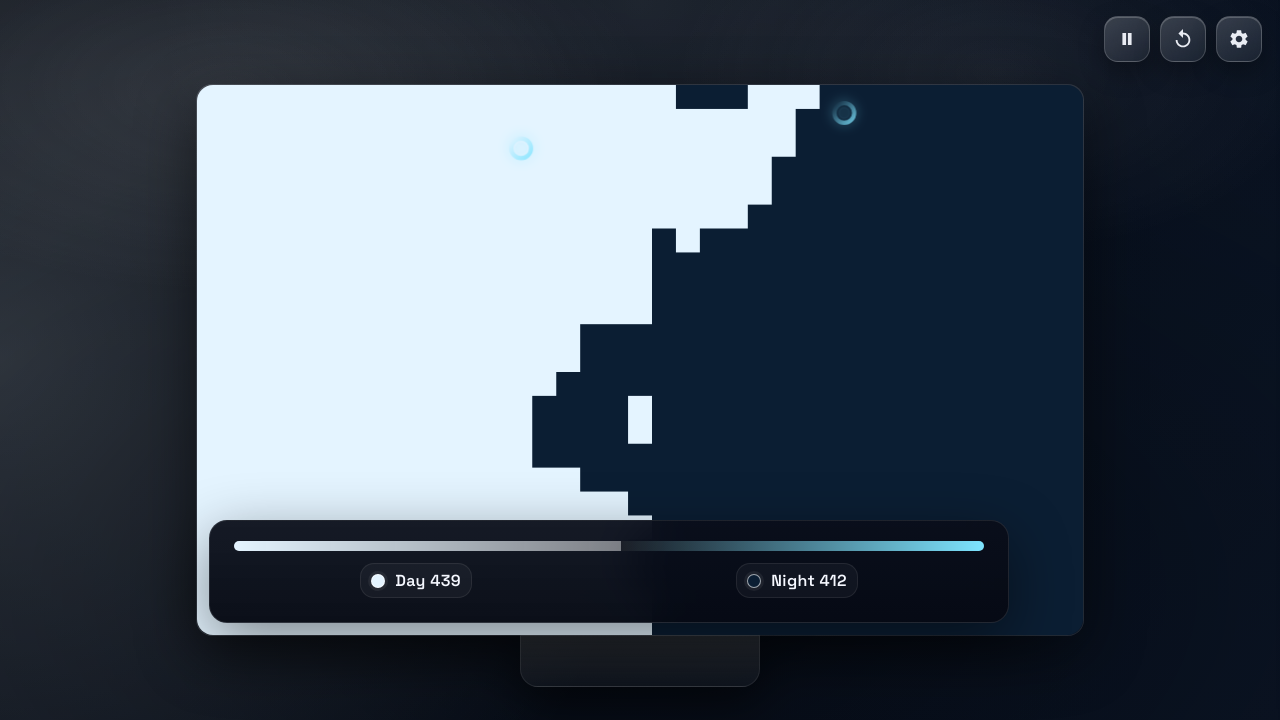
Repository: trevor050/pong
Page: index.html
These files come from the project's save history. The page is drawn as it stood at one moment and after the next save; the edit follows.
The browser window is 1280 px wide. The pictures show the whole page.

Above is the page before, as saved 2025-12-07 00:16:47.

### index.html
<!DOCTYPE html>
<html lang="en">
<head>
  <meta charset="UTF-8">
  <meta name="viewport" content="width=device-width, initial-scale=1.0">
  <title>Day / Nite Drift</title>
  <meta name="description" content="A calmer Pong Wars loop made for second screens.">
  <meta name="theme-color" content="#0b3a67">
  <meta name="mobile-web-app-capable" content="yes">
  <meta name="apple-mobile-web-app-capable" content="yes">
  <link rel="preconnect" href="https://fonts.googleapis.com">
  <link rel="preconnect" href="https://fonts.gstatic.com" crossorigin>
  <link href="https://fonts.googleapis.com/css2?family=Space+Grotesk:wght@400;500;600&family=Manrope:wght@400;600&display=swap" rel="stylesheet">
  <link rel="stylesheet" href="styles.css">
</head>
<body>
  <div class="bg"></div>
  <div class="chrome-controls" id="chromeControls">
    <button id="playPauseBtn" class="glass-icon" data-state="playing" aria-label="Pause" title="Pause">
      <svg class="icon-svg icon-play" viewBox="0 0 24 24" aria-hidden="true"><path d="M7 5.5v13l11-6.5L7 5.5Z" /></svg>
      <svg class="icon-svg icon-pause" viewBox="0 0 24 24" aria-hidden="true"><path d="M7 5.5h4v13H7zm6 0h4v13h-4z" /></svg>
    </button>
    <button id="resetBtn" class="glass-icon" aria-label="Reset simulation" title="Reset simulation">
      <svg class="icon-svg" viewBox="0 0 24 24" aria-hidden="true"><path d="M12 5V1L7 6l5 5V7c3.31 0 6 2.69 6 6s-2.69 6-6 6-6-2.69-6-6H4c0 4.42 3.58 8 8 8s8-3.58 8-8-3.58-8-8-8z"/></svg>
    </button>
    <button id="configBtn" class="glass-icon" aria-label="Open settings" title="Settings">
      <svg class="icon-svg" viewBox="0 0 24 24" aria-hidden="true"><path d="M19.14 12.94c.04-.3.06-.61.06-.94 0-.32-.02-.64-.07-.94l2.03-1.58a.49.49 0 0 0 .12-.61l-1.92-3.32a.488.488 0 0 0-.59-.22l-2.39.96c-.5-.38-1.03-.7-1.62-.94l-.36-2.54a.484.484 0 0 0-.48-.41h-3.84c-.24 0-.43.17-.47.41l-.36 2.54c-.59.24-1.13.57-1.62.94l-2.39-.96c-.22-.08-.47 0-.59.22L2.74 8.87c-.12.21-.08.47.12.61l2.03 1.58c-.05.3-.09.63-.09.94s.02.64.07.94l-2.03 1.58a.49.49 0 0 0-.12.61l1.92 3.32c.12.22.37.29.59.22l2.39-.96c.5.38 1.03.7 1.62.94l.36 2.54c.05.24.24.41.48.41h3.84c.24 0 .44-.17.47-.41l.36-2.54c.59-.24 1.13-.56 1.62-.94l2.39.96c.22.08.47 0 .59-.22l1.92-3.32c.12-.22.07-.47-.12-.61l-2.01-1.58zM12 15.6c-1.98 0-3.6-1.62-3.6-3.6s1.62-3.6 3.6-3.6 3.6 1.62 3.6 3.6-1.62 3.6-3.6 3.6z"/></svg>
    </button>
  </div>
  <main class="shell">
    <div class="canvas-frame" id="canvasFrame">
      <canvas id="gameCanvas" width="720" height="720"></canvas>
      <button class="fullscreen-hint" id="fullscreenHint" title="Enter fullscreen" aria-label="Enter fullscreen">
        <span class="hint-icon">⤢</span> <span class="hint-text">Fullscreen</span> <span class="hint-dismiss">✕</span>
      </button>
      <div class="score-notch" id="scoreNotch">
        <div class="score-notch__bar">
          <div class="score-notch__day"></div>
          <div class="score-notch__night"></div>
        </div>
        <div class="score-notch__labels">
          <span class="score-pair">
            <span class="pill pill--day" aria-hidden="true"></span>
            <span class="score" id="dayScoreLabel">Day 0</span>
          </span>
          <span class="score-pair">
            <span class="pill pill--night" aria-hidden="true"></span>
            <span class="score" id="nightScoreLabel">Night 0</span>
          </span>
        </div>
      </div>
      <div class="drag-handle corner-handle corner-handle--tl" data-corner="tl"></div>
      <div class="drag-handle corner-handle corner-handle--tr" data-corner="tr"></div>
      <div class="drag-handle corner-handle corner-handle--bl" data-corner="bl"></div>
      <div class="drag-handle corner-handle corner-handle--br" data-corner="br"></div>
    </div>
  </main>

  <div class="drawer-overlay" id="drawerOverlay" aria-hidden="true"></div>
  <aside class="drawer" id="configPanel" aria-label="Settings">
    <div class="drawer__header">
      <div>
        <p class="eyebrow">Settings</p>
        <h2>Dial it in</h2>
      </div>
      <button id="closeConfig" class="icon-btn" aria-label="Close settings" title="Close">×</button>
    </div>

    <div class="drawer__quick">
      <button id="drawerPlayPause" class="chip">Pause</button>
      <button id="drawerReset" class="chip">Reset</button>
      <button id="drawerFullscreen" class="chip">Fullscreen</button>
    </div>

    <label class="field">
      <span>Preset</span>
      <select id="themeSelect"></select>
    </label>

    <div class="field grid">
      <label>
        <span>Day</span>
        <input type="color" id="dayColorInput" value="#e4f4ff">
      </label>
      <label>
        <span>Night</span>
        <input type="color" id="nightColorInput" value="#0b1e33">
      </label>
    </div>

    <div class="field slider-field" title="Tile size / density">
      <div>
        <span>Tile size</span>
        <small id="tileSizeValue">22px</small>
      </div>
      <input type="range" id="tileSizeInput" min="0" max="100" step="1" value="45">
    </div>

    <div class="field slider-field" title="Overall speed mood (lofi → push)">
      <div>
        <span>Speed mood</span>
        <small id="speedValue">1.00x</small>
      </div>
      <input type="range" id="speedInput" min="0" max="100" step="1" value="40">
    </div>

    <div class="field slider-field" title="Chaos / wobble: more randomness to motion">
      <div>
        <span>Chaos / wobble</span>
        <small id="chaosValue">0.14</small>
      </div>
      <input type="range" id="chaosInput" min="0" max="100" step="1" value="40">
    </div>

        <div class="field">
      <span>Ball style</span>
      <select id="ballStyleSelect">
        <option value="ring">Neon Ring</option>
        <option value="solid">Solid Fill</option>
        <option value="design">Cool Design</option>
        <option value="artsy">Artsy Ghost</option>
      </select>
    </div>

    <div class="drawer__actions">
      <button id="scatterBtn" class="chip">Scatter start</button>
      <button id="swapSidesBtn" class="chip">Swap sides</button>
    </div>
  </aside>

  <script src="script.js" defer></script>
</body>
</html>

### styles.css
:root {
  --day: #f7f2e9;
  --night: #0b3a67;
  --accent: #f08c42;
  --ink: #0c1224;
  --muted: #9aa3b2;
  --panel: rgba(8, 12, 22, 0.78);
  --frost: rgba(255, 255, 255, 0.08);
  --frost-strong: rgba(255, 255, 255, 0.12);
  --radius: 16px;
  --glow: 0 16px 44px rgba(0, 0, 0, 0.5);
}

*,
*::before,
*::after {
  box-sizing: border-box;
}

body {
  margin: 0;
  min-height: 100vh;
  font-family: "Space Grotesk", "Manrope", system-ui, -apple-system, sans-serif;
  background: radial-gradient(120% 120% at 12% 10%, #0c1526, #050911 55%, #03070f 100%);
  color: #e9edf5;
  overflow: hidden;
}

.bg {
  position: fixed;
  inset: 0;
  pointer-events: none;
  background: radial-gradient(80% 70% at 18% 12%, rgba(255, 255, 255, 0.12), transparent 42%),
    radial-gradient(70% 70% at 78% 10%, rgba(255, 255, 255, 0.08), transparent 38%),
    radial-gradient(120% 120% at 50% 82%, rgba(0, 0, 0, 0.45), transparent 78%);
  opacity: 0.8;
}

.chrome-controls {
  position: fixed;
  top: 16px;
  right: 18px;
  display: flex;
  gap: 10px;
  z-index: 10;
  align-items: center;
}

.chrome-controls::before {
  content: "";
  position: absolute;
  inset: -10px -18px -10px -28px;
  border-radius: 22px 0 22px 22px;
  background: linear-gradient(120deg, rgba(255, 255, 255, 0.07), rgba(255, 255, 255, 0.02));
  border: 1px solid rgba(255, 255, 255, 0.12);
  box-shadow: var(--glow);
  opacity: 0;
  transition: opacity 120ms ease, transform 120ms ease;
  transform: translateY(4px);
  pointer-events: none;
}

.chrome-controls.hidden {
  opacity: 0;
  pointer-events: none;
}

.is-immersive .chrome-controls {
  right: 0;
  top: 0;
  background: #1a1a1a; /* Dark background for the notch */
  border-bottom-left-radius: 16px;
  padding: 8px 12px 8px 16px;
  gap: 8px;
  box-shadow: -4px 4px 12px rgba(0,0,0,0.3);
}

.is-immersive .chrome-controls::before {
  display: none;
}

.is-immersive .glass-icon {
  width: 36px;
  height: 36px;
  border-radius: 10px;
  background: rgba(255,255,255,0.1);
  border: none;
  box-shadow: none;
}

.is-immersive .icon-svg {
  width: 18px;
  height: 18px;
}

.is-immersive .score-notch {
  position: fixed;
  left: 50%;
  transform: translateX(-50%);
  bottom: 24px;
  width: min(860px, 86vw);
  max-width: none;
  border-radius: 20px;
  box-shadow: none;
  background: transparent;
  border: none;
  backdrop-filter: none;
}

.is-immersive .score-notch__labels {
  display: none;
}

.is-immersive .score-notch__bar {
  height: 12px;
  background: rgba(255, 255, 255, 0.15);
}

.shell {
  display: grid;
  place-items: center;
  padding: 24px;
  height: 100vh;
}

.canvas-frame {
  position: relative;
  border-radius: var(--radius);
  background: linear-gradient(150deg, rgba(255, 255, 255, 0.06), rgba(255, 255, 255, 0.02));
  border: 1px solid rgba(255, 255, 255, 0.08);
  backdrop-filter: blur(10px) saturate(120%);
  box-shadow: 0 18px 60px rgba(0, 0, 0, 0.48), inset 0 1px 0 rgba(255, 255, 255, 0.05);
  overflow: visible;
  display: flex;
  align-items: center;
  justify-content: center;
  min-width: 420px;
  min-height: 420px;
  max-width: calc(100vw - 48px);
  max-height: calc(100vh - 48px);
  isolation: isolate;
}

.canvas-frame::after {
  content: "";
  position: absolute;
  left: 50%;
  transform: translateX(-50%);
  bottom: -52px;
  width: 240px;
  height: 52px;
  border-radius: 0 0 18px 18px;
  background: linear-gradient(180deg, rgba(255, 255, 255, 0.12), rgba(255, 255, 255, 0.04));
  border: 1px solid rgba(255, 255, 255, 0.08);
  box-shadow: var(--glow);
  filter: drop-shadow(0 14px 32px rgba(0, 0, 0, 0.3));
  pointer-events: none;
  z-index: 0;
}

canvas {
  width: 100%;
  height: 100%;
  display: block;
  image-rendering: crisp-edges;
  border-radius: var(--radius);
  position: relative;
  z-index: 1;
}

.score-notch {
  position: absolute;
  left: 50%;
  transform: translateX(-50%);
  bottom: -32px;
  width: 92%;
  max-width: 800px;
  background: linear-gradient(180deg, rgba(10, 14, 26, 0.95), rgba(6, 10, 20, 0.98));
  border: 1px solid rgba(255, 255, 255, 0.1);
  border-radius: 24px 24px 32px 32px;
  padding: 20px 24px 24px;
  box-shadow: 0 18px 60px rgba(0, 0, 0, 0.45);
  backdrop-filter: blur(20px) saturate(130%);
  z-index: 2;
}

.score-notch::before {
  content: "";
  position: absolute;
  top: -14px;
  left: 50%;
  transform: translateX(-50%);
  width: 60%;
  min-width: 300px;
  height: 16px;
  border-radius: 16px 16px 0 0;
  background: linear-gradient(180deg, rgba(255, 255, 255, 0.14), rgba(255, 255, 255, 0.06));
  border-left: 1px solid rgba(255, 255, 255, 0.14);
  border-right: 1px solid rgba(255, 255, 255, 0.14);
  box-shadow: 0 -6px 12px rgba(255, 255, 255, 0.04), 0 12px 28px rgba(0, 0, 0, 0.4);
}

.score-notch.overlay {
  left: 12px;
  right: 12px;
  transform: none;
  bottom: 12px;
  width: auto;
  border-radius: 18px;
}

.score-notch.overlay::before {
  display: none;
}

.is-immersive .canvas-frame::after {
  display: none;
}

.is-immersive .score-notch {
  position: fixed;
  left: 50%;
  transform: translateX(-50%);
  bottom: 24px;
  width: min(860px, 86vw);
  max-width: none;
  border-radius: 20px;
  box-shadow: 0 14px 48px rgba(0, 0, 0, 0.45);
}

.is-immersive .score-notch::before {
  display: none;
}

.is-immersive .score-notch.overlay {
  bottom: 16px;
}

/* Removed .is-immersive .score-notch__labels and .is-immersive .score-notch__bar overrides as they are handled above */

.score-notch__bar {
  position: relative;
  height: 10px;
  border-radius: 999px;
  overflow: hidden;
  background: rgba(255, 255, 255, 0.08);
  margin-bottom: 12px;
}

.score-notch__day,
.score-notch__night {
  position: absolute;
  top: 0;
  bottom: 0;
}

.score-notch__day {
  left: 0;
  background: linear-gradient(90deg, var(--day), rgba(255, 255, 255, 0.4));
}

.score-notch__night {
  right: 0;
  background: linear-gradient(90deg, rgba(0, 0, 0, 0.2), var(--accent));
}

.score-notch__labels {
  display: flex;
  justify-content: space-around;
  align-items: center;
  gap: 12px;
}

.score {
  font-weight: 600;
  letter-spacing: 0.35px;
  color: #f5f8ff;
}

.score-pair {
  display: inline-flex;
  align-items: center;
  gap: 10px;
  padding: 6px 10px;
  border-radius: 14px;
  background: rgba(255, 255, 255, 0.04);
  border: 1px solid rgba(255, 255, 255, 0.08);
}

.pill {
  width: 14px;
  height: 14px;
  border-radius: 50%;
  border: 1px solid rgba(255, 255, 255, 0.6);
  box-shadow: 0 0 0 3px rgba(255, 255, 255, 0.06);
}

.pill--day {
  background: var(--day);
}

.pill--night {
  background: var(--night);
}

.chip {
  border: 1px solid rgba(255, 255, 255, 0.15);
  background: rgba(255, 255, 255, 0.04);
  color: #f9fbff;
  padding: 10px 16px;
  border-radius: 999px;
  font-weight: 600;
  letter-spacing: 0.2px;
  cursor: pointer;
  box-shadow: 0 10px 24px rgba(0, 0, 0, 0.28);
  white-space: nowrap;
  display: flex;
  align-items: center;
  justify-content: center;
}

.chip--accent {
  background: var(--accent);
  color: #0d0f1a;
  border: none;
}

.glass-icon {
  width: 46px;
  height: 46px;
  border-radius: 14px;
  border: 1px solid rgba(255, 255, 255, 0.18);
  background: linear-gradient(150deg, rgba(255, 255, 255, 0.18), rgba(255, 255, 255, 0.06));
  color: #f6f8ff;
  box-shadow: 0 10px 26px rgba(0, 0, 0, 0.3), inset 0 1px 0 rgba(255, 255, 255, 0.2);
  backdrop-filter: blur(12px) saturate(120%);
  display: grid;
  place-items: center;
  cursor: pointer;
  transition: transform 120ms ease, box-shadow 120ms ease, border-color 120ms ease;
}

.glass-icon--accent {
  background: linear-gradient(150deg, rgba(240, 140, 66, 0.4), rgba(255, 255, 255, 0.08));
  border-color: rgba(240, 140, 66, 0.5);
  color: #0f0c11;
}

.glass-icon.is-active {
  box-shadow: 0 12px 30px rgba(0, 0, 0, 0.4);
  border-color: rgba(255, 255, 255, 0.3);
}

.glass-icon:hover {
  transform: translateY(-1px);
  box-shadow: 0 14px 30px rgba(0, 0, 0, 0.34);
}

.glass-icon:active {
  transform: translateY(0);
}

.icon-svg {
  width: 22px;
  height: 22px;
  fill: currentColor;
  opacity: 0.94;
}

#playPauseBtn[data-state="playing"] .icon-play {
  display: none;
}

#playPauseBtn[data-state="paused"] .icon-pause {
  display: none;
}

body.drawer-open #chromeControls {
  opacity: 0;
  pointer-events: none;
}

.drawer {
  position: fixed;
  top: 0;
  right: -360px;
  width: 320px;
  height: 100vh;
  padding: 18px 18px 22px;
  background: var(--panel);
  backdrop-filter: blur(14px) saturate(120%);
  border-left: 1px solid rgba(255, 255, 255, 0.08);
  box-shadow: -8px 0 30px rgba(0, 0, 0, 0.35);
  display: flex;
  flex-direction: column;
  gap: 12px;
  transition: right 0.18s ease-out;
  z-index: 9;
}

.drawer-overlay {
  position: fixed;
  inset: 0;
  background: rgba(0, 0, 0, 0.36);
  backdrop-filter: blur(4px);
  opacity: 0;
  pointer-events: none;
  transition: opacity 0.18s ease-out;
  z-index: 8;
}

.drawer-overlay.visible {
  opacity: 1;
  pointer-events: auto;
}

.drawer__quick {
  display: grid;
  grid-template-columns: repeat(3, minmax(0, 1fr));
  gap: 8px;
}

.drawer.open {
  right: 0;
}

.drawer__header {
  display: flex;
  justify-content: space-between;
  align-items: center;
  gap: 10px;
}

.eyebrow {
  text-transform: uppercase;
  letter-spacing: 1.2px;
  font-size: 11px;
  color: var(--muted);
  margin: 0 0 4px;
}

h2 {
  margin: 0;
  font-weight: 600;
  letter-spacing: 0.2px;
}

.field {
  display: flex;
  flex-direction: column;
  gap: 8px;
}

.field + .field {
  margin-top: 6px;
}

.field span {
  color: #f4f5f7;
  font-weight: 600;
}

.field small {
  color: var(--muted);
}

.field.grid {
  display: grid;
  grid-template-columns: repeat(2, minmax(0, 1fr));
  gap: 10px;
}

.field.grid label {
  gap: 10px;
  padding-top: 6px;
}

input[type="color"],
select,
input[type="range"] {
  width: 100%;
  border-radius: 10px;
  border: 1px solid rgba(255, 255, 255, 0.1);
  background: rgba(255, 255, 255, 0.04);
  color: #f8f9fb;
  padding: 10px;
  font: inherit;
}

input[type="color"] {
  padding: 4px;
  height: 44px;
}

select {
  cursor: pointer;
}

.slider-field input[type="range"] {
  -webkit-appearance: none;
  appearance: none;
  height: 12px;
  background: rgba(255, 255, 255, 0.1);
  border-radius: 999px;
  padding: 0;
}

.slider-field input[type="range"]::-webkit-slider-thumb {
  -webkit-appearance: none;
  appearance: none;
  width: 20px;
  height: 20px;
  border-radius: 50%;
  background: var(--accent);
  border: 2px solid #0c1224;
  cursor: pointer;
}

.slider-field input[type="range"]::-moz-range-thumb {
  width: 20px;
  height: 20px;
  border-radius: 50%;
  background: var(--accent);
  border: 2px solid #0c1224;
  cursor: pointer;
}

.drawer__actions {
  display: flex;
  gap: 8px;
  margin-top: auto;
}

.icon-btn {
  width: 32px;
  height: 32px;
  border-radius: 10px;
  border: 1px solid rgba(255, 255, 255, 0.18);
  background: rgba(255, 255, 255, 0.06);
  color: #f9fafc;
  font-size: 20px;
  cursor: pointer;
  box-shadow: 0 8px 22px rgba(0, 0, 0, 0.28);
}

.drag-handle {
  position: absolute;
  background: transparent;
  z-index: 5;
}

.corner-handle {
  width: 32px;
  height: 32px;
  border-radius: 50%;
  border: none;
  background: transparent;
  box-shadow: none;
  display: grid;
  place-items: center;
}

.corner-handle::after {
  content: "";
  display: none;
}

.corner-handle--tl {
  top: -12px;
  left: -12px;
  cursor: nwse-resize;
}

.corner-handle--tr {
  top: -12px;
  right: -12px;
  cursor: nesw-resize;
}

.corner-handle--bl {
  bottom: -12px;
  left: -12px;
  cursor: nesw-resize;
}

.corner-handle--br {
  bottom: -12px;
  right: -12px;
  cursor: nwse-resize;
}

.fullscreen-hint {
  position: absolute;
  top: 10px;
  left: 10px;
  padding: 8px 12px;
  border-radius: 14px;
  border: 1px solid rgba(255, 255, 255, 0.14);
  background: rgba(0, 0, 0, 0.5);
  color: #f4f7ff;
  font-weight: 600;
  letter-spacing: 0.2px;
  box-shadow: 0 12px 32px rgba(0, 0, 0, 0.36);
  display: flex;
  align-items: center;
  gap: 8px;
  cursor: pointer;
  opacity: 0;
  pointer-events: none;
  transition: opacity 140ms ease, transform 140ms ease;
  transform: translateY(-4px);
  z-index: 3;
}

.fullscreen-hint.visible {
  opacity: 1;
  pointer-events: auto;
  transform: translateY(0);
}

.hint-icon {
  font-size: 14px;
  opacity: 0.9;
}

.hint-text {
  font-size: 13px;
}

.hint-dismiss {
  font-size: 12px;
  opacity: 0.7;
}

.field span {
  padding-bottom: 2px;
  line-height: 1.25;
}

@media (max-width: 900px) {
  .shell {
    padding: 12px;
  }

  .canvas-frame {
    max-width: 95vw;
    max-height: 70vh;
  }

  .drawer {
    width: 100%;
    right: -100%;
  }
}

Loaded but not shown: script.js (802 lines, source omitted)

After the next save:
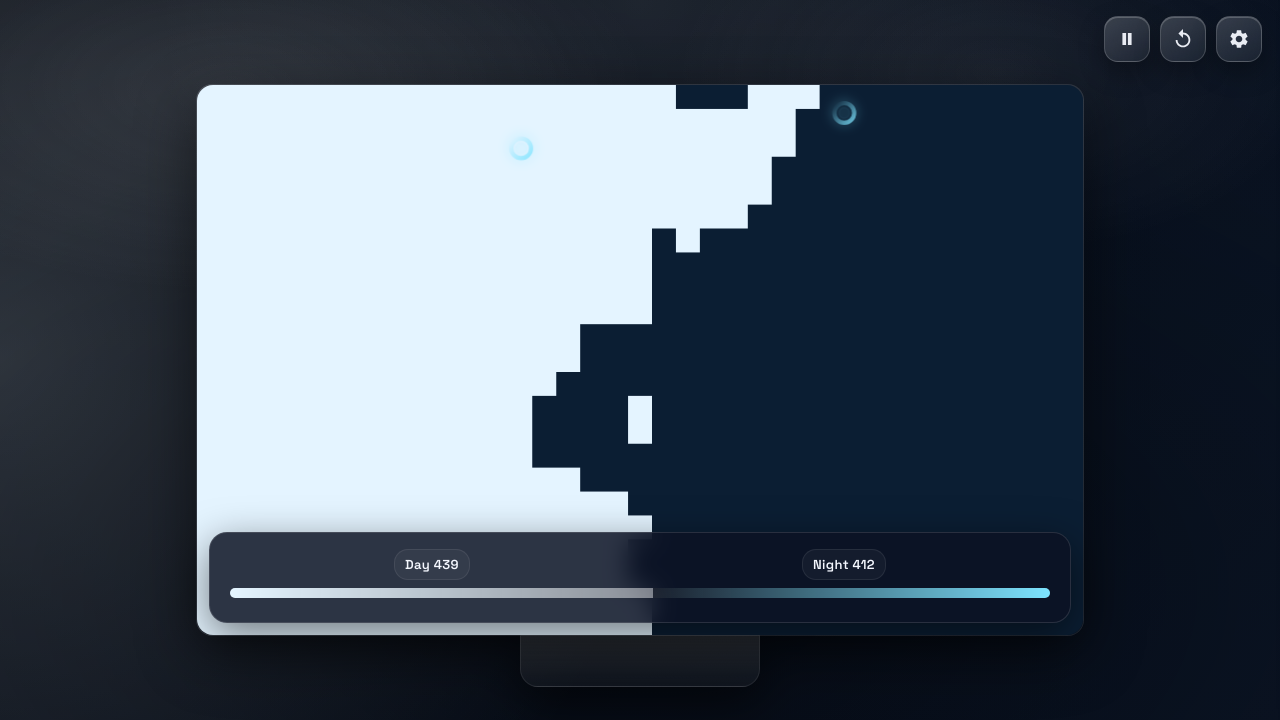
Saved 29 s later.
--- a/styles.css
+++ b/styles.css
@@ -97,22 +97,23 @@ body {
   position: fixed;
   left: 50%;
   transform: translateX(-50%);
-  bottom: 24px;
-  width: min(860px, 86vw);
-  max-width: none;
-  border-radius: 20px;
+  bottom: 32px;
+  width: 360px;
+  background: rgba(0, 0, 0, 0.6);
+  border: 1px solid rgba(255, 255, 255, 0.08);
   box-shadow: none;
-  background: transparent;
-  border: none;
-  backdrop-filter: none;
+  border-radius: 32px;
+  padding: 16px 24px;
+  backdrop-filter: blur(10px);
 }
 
 .is-immersive .score-notch__labels {
-  display: none;
+  display: flex; /* Keep labels visible */
+  margin-bottom: 6px;
 }
 
 .is-immersive .score-notch__bar {
-  height: 12px;
+  height: 4px;
   background: rgba(255, 255, 255, 0.15);
 }
 
@@ -172,32 +173,101 @@ canvas {
   position: absolute;
   left: 50%;
   transform: translateX(-50%);
-  bottom: -32px;
-  width: 92%;
-  max-width: 800px;
-  background: linear-gradient(180deg, rgba(10, 14, 26, 0.95), rgba(6, 10, 20, 0.98));
-  border: 1px solid rgba(255, 255, 255, 0.1);
-  border-radius: 24px 24px 32px 32px;
-  padding: 20px 24px 24px;
-  box-shadow: 0 18px 60px rgba(0, 0, 0, 0.45);
-  backdrop-filter: blur(20px) saturate(130%);
+  bottom: -24px;
+  width: 320px; /* Much narrower */
+  background: #0c1224;
+  border: 1px solid rgba(255, 255, 255, 0.12);
+  border-radius: 0 0 24px 24px; /* Notch shape */
+  padding: 16px 20px 12px;
+  box-shadow: 0 12px 40px rgba(0, 0, 0, 0.5);
   z-index: 2;
+  display: flex;
+  flex-direction: column;
+  gap: 8px;
 }
 
 .score-notch::before {
+  /* Top curve of the notch to blend with frame */
   content: "";
   position: absolute;
-  top: -14px;
-  left: 50%;
-  transform: translateX(-50%);
-  width: 60%;
-  min-width: 300px;
-  height: 16px;
-  border-radius: 16px 16px 0 0;
-  background: linear-gradient(180deg, rgba(255, 255, 255, 0.14), rgba(255, 255, 255, 0.06));
-  border-left: 1px solid rgba(255, 255, 255, 0.14);
-  border-right: 1px solid rgba(255, 255, 255, 0.14);
-  box-shadow: 0 -6px 12px rgba(255, 255, 255, 0.04), 0 12px 28px rgba(0, 0, 0, 0.4);
+  top: -12px;
+  left: -1px;
+  right: -1px;
+  height: 12px;
+  background: #0c1224;
+  border-left: 1px solid rgba(255, 255, 255, 0.12);
+  border-right: 1px solid rgba(255, 255, 255, 0.12);
+  border-top: none;
+  clip-path: polygon(0% 100%, 10% 0%, 90% 0%, 100% 100%);
+  display: none; /* Simplifying for now as per "iPhone X notch" request which is usually top-down, but here it's bottom. Let's just make it a rounded container sticking out or in. */
+}
+
+/* Re-doing notch to look like iPhone X notch but at bottom */
+.score-notch {
+  bottom: 12px; /* Floating slightly inside or just at edge */
+  border-radius: 24px;
+  background: rgba(12, 18, 36, 0.85);
+  backdrop-filter: blur(12px);
+}
+
+.score-notch.overlay {
+  /* When game is big, it floats on top */
+  bottom: 24px;
+}
+
+.score-notch__bar {
+  position: relative;
+  height: 6px;
+  border-radius: 999px;
+  overflow: hidden;
+  background: rgba(255, 255, 255, 0.1);
+  width: 100%;
+  order: 2; /* Bar at bottom */
+}
+
+.score-notch__labels {
+  display: flex;
+  justify-content: space-between;
+  align-items: center;
+  width: 100%;
+  order: 1; /* Text on top */
+  padding: 0 4px;
+}
+
+.score {
+  font-weight: 600;
+  font-size: 13px;
+  letter-spacing: 0.3px;
+  color: rgba(255, 255, 255, 0.9);
+}
+
+.score-pair {
+  display: flex;
+  align-items: center;
+  gap: 0;
+  padding: 0;
+  background: none;
+  border: none;
+}
+
+.pill {
+  display: none; /* Remove pills */
+}
+
+.is-immersive .score-notch {
+  position: fixed;
+  bottom: 32px;
+  width: 360px;
+  background: rgba(0, 0, 0, 0.6);
+  border: 1px solid rgba(255, 255, 255, 0.08);
+  box-shadow: none;
+  border-radius: 32px;
+  padding: 16px 24px;
+}
+
+.is-immersive .score-notch__bar {
+  height: 4px;
+  background: rgba(255, 255, 255, 0.15);
 }
 
 .score-notch.overlay {
@@ -307,7 +377,7 @@ canvas {
   border: 1px solid rgba(255, 255, 255, 0.15);
   background: rgba(255, 255, 255, 0.04);
   color: #f9fbff;
-  padding: 10px 16px;
+  padding: 10px 20px; /* More padding */
   border-radius: 999px;
   font-weight: 600;
   letter-spacing: 0.2px;
@@ -317,6 +387,7 @@ canvas {
   display: flex;
   align-items: center;
   justify-content: center;
+  min-width: max-content; /* Ensure it fits content */
 }
 
 .chip--accent {
